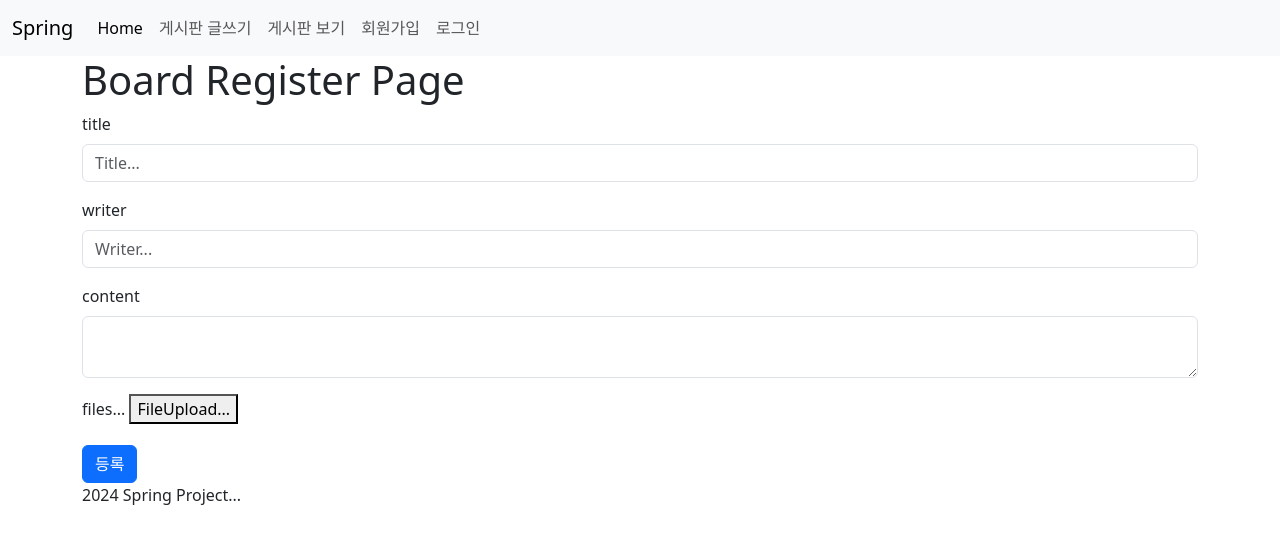
Repository: dhalfks/springTest240430
Page: http://localhost/spring_study/WEB-INF/views/board/register.jsp
These files come from the project's save history. The page is drawn as it stood at one moment and after the next save; the edit follows.
The browser window is 1280 px wide. The pictures show the whole page.
The page is served by Tomcat 9. Nobody is signed in. The template is opened directly, without the code that normally fills it, so the values that code supplies are empty.

Above is the page before, as saved 2024-04-29 01:35:41.

After the next save:
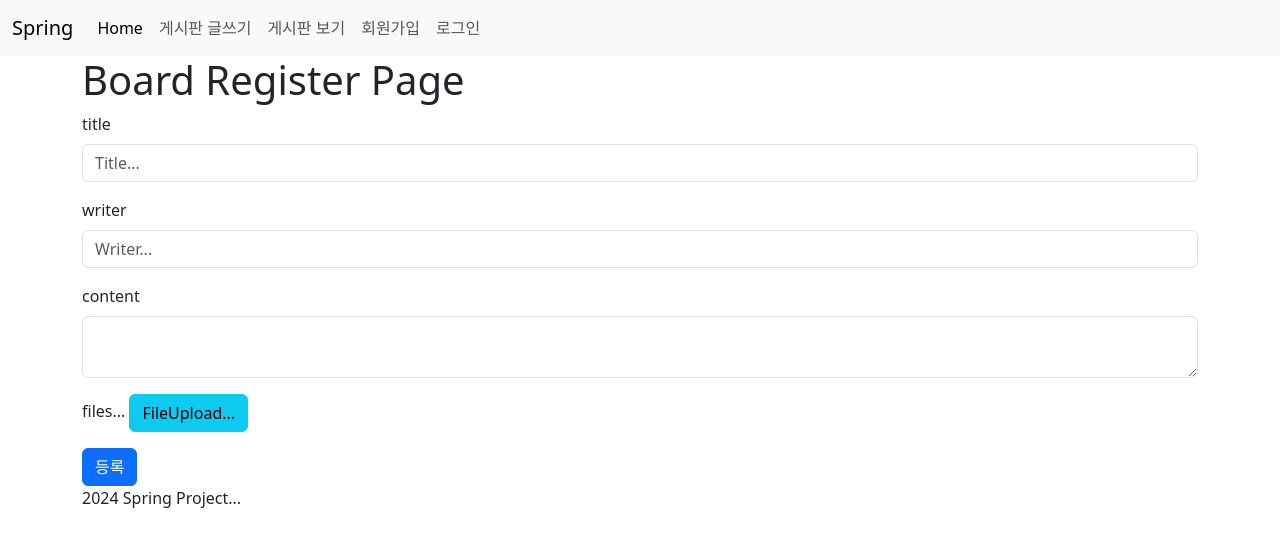
Saved 32 s later.
--- a/spring_study/src/main/webapp/WEB-INF/views/board/register.jsp
+++ b/spring_study/src/main/webapp/WEB-INF/views/board/register.jsp
@@ -21,7 +21,7 @@
 		<div class="mb-3">
 		  <label for="file" class="form-label">files...</label>
 		  <input type="file" class="form-control" name="files" id="file" multiple="multiple" style="display: none">
-		  <button type="button" class="">FileUpload...</button>
+		  <button type="button" class="btn btn-info">FileUpload...</button>
 		</div>
 
 
